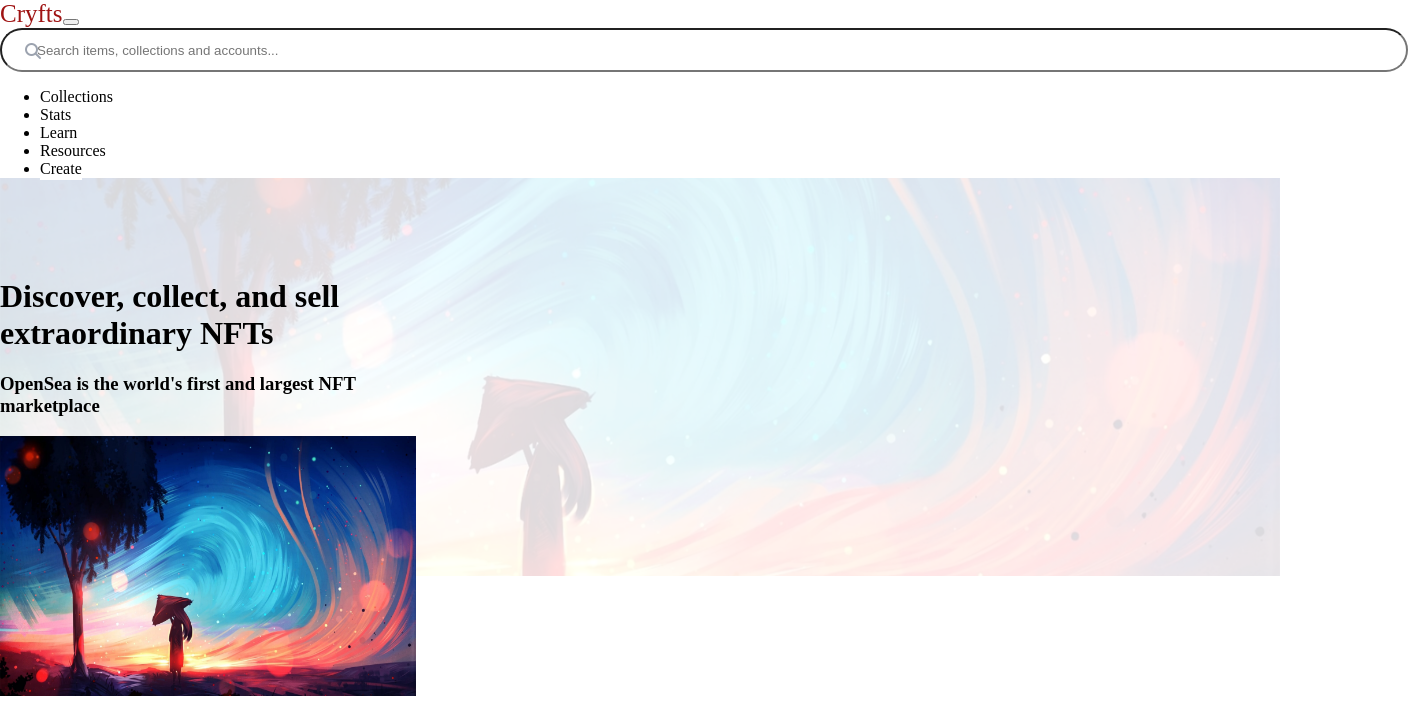
Repository: Huzaifa-2609/opensea_project
Page: /
These files come from the project's save history. The page is drawn as it stood at one moment and after the next save; the edit follows.
The browser window is 1280 px wide. The page is 1408 px wide, so the pictures cover 1408 px, including what lies to the right of the window. The pictures show the whole page.
Some web libraries are served in a nearby version. The project was rebuilt for these pictures with package versions that can differ from the ones it lists, and the page was loaded fresh each time. The framework's server and built-in components were replaced by stand-ins that run in the browser. Also part of the build but not shown: next.config.js, styles/Home.module.css.

Above is the page before, as saved 2022-07-09 18:08:27.

### pages/_app.js
import Navbar from '../components/Navbar'
import '../styles/globals.css'
import Head from "next/head"
import Script from 'next/script'
import "../styles/hero.css"
function MyApp({ Component, pageProps }) {
  return(
    <>
    <Script src="https://kit.fontawesome.com/30bda3e318.js" crossorigin="anonymous"></Script>
    <Script src="https://cdn.jsdelivr.net/npm/bootstrap@5.2.0-beta1/dist/js/bootstrap.bundle.min.js" integrity="sha384-pprn3073KE6tl6bjs2QrFaJGz5/SUsLqktiwsUTF55Jfv3qYSDhgCecCxMW52nD2" crossOrigin="anonymous"></Script>
    <Navbar title={"Cryfts"}/>
  <Component {...pageProps} />
  </>
  )
}

export default MyApp

### pages/_document.js
import { Html, Head, Main, NextScript } from 'next/document'

export default function Document() {
  return (
    <Html>
      <Head>
      <link href="https://cdn.jsdelivr.net/npm/bootstrap@5.2.0-beta1/dist/css/bootstrap.min.css" rel="stylesheet" integrity="sha384-0evHe/X+R7YkIZDRvuzKMRqM+OrBnVFBL6DOitfPri4tjfHxaWutUpFmBp4vmVor" crossOrigin="anonymous"/>
      </Head>
      <body>
        <Main />
        <NextScript />
      </body>
    </Html>
  )
}

### pages/index.js
import Head from 'next/head'
import Image from 'next/image'
import Hero from '../components/Hero'
import styles from '../styles/Home.module.css'

export default function Home() {
  return (
    <>
    <div>
      <Head>
        <title>Create Next App</title>
        <meta name="description" content="Generated by create next app" />
        <link rel="icon" href="/favicon.ico" />
      </Head>
         </div>
      <Hero/>
      </>
  )
}

### components/Navbar.js
import React from 'react'
import Link from 'next/link'
import { useRouter } from 'next/router'
const Navbar = (props) => {
  const location=useRouter();
  return (
    <div>
      <nav className="navbar shadow-sm fixed-top navbar-expand-lg navbar-light">
  <div className="container-fluid">
    <a className="navbar-brand text-color fw-bolder ml-2" href="/">{props.title}</a>
    <button className="navbar-toggler" type="button" data-bs-toggle="collapse" data-bs-target="#navbarSupportedContent" aria-controls="navbarSupportedContent" aria-expanded="false" aria-label="Toggle navigation">
      <span className="navbar-toggler-icon"></span>
    </button>

    <div className="collapse navbar-collapse" style={{width:"50%"}} id="navbarSupportedContent">

            <div className="row height d-flex justify-content-center align-items-center">

                <div className="form">
                  <i className="fa fa-search"></i>
                  <input type="text" className="form-control form-input" placeholder="Search items, collections and accounts..."/>
                </div>

            </div>


      <ul className="navbar-nav gap-4 m-auto mb-2 mb-lg-0 fw-bold" style={location.pathname==="/signup"?{visibility:"hidden"}:{}}>
      <li className="nav-item">
          <Link href="/collections/0x7132e1d414161A232c2027aE6C66D7914649bA66"><a className="nav-link " aria-current="page" >Collections</a></Link>
        </li>
        <li className="nav-item">
          <Link href="/"><a className="nav-link" aria-current="page" >Stats</a></Link>
        </li>
        <li className="nav-item">
          <Link href="/"><a className="nav-link " >Learn</a></Link>
        </li>

        <li className="nav-item dropdown">
          <Link href="/"><a className="nav-link dropdown-toggle pe-none"  id="navbarDropdown" role="button" data-bs-toggle="dropdown" aria-expanded="false">
            Resources
          </a></Link>
          <ul className="dropdown-menu" aria-labelledby="navbarDropdown">
            <li><Link href="/"><a className="dropdown-item" >Action</a></Link></li>
            <li><Link href="/"><a className="dropdown-item" >Another action</a></Link></li>
            <li><hr className="dropdown-divider"/></li>
            <li><Link href="/"><a className="dropdown-item" >Something else here</a></Link></li>
          </ul>
        </li>
        <li className="nav-item">
          <Link  href="/"><a className="nav-link">Create</a></Link>
        </li>
      </ul >
      {/* <form className="d-flex" role="search">
        <ul className="navbar-nav gap-3 media" style={location.pathname==="/signup"?{display:"none"}:{}}>
      <li className="nav-item float-right">
          <Link href="/login"><a className="nav-link"  >Sign in</a></Link>
    </li>
      <li className="nav-item mx-2">
    <Link href='/signup'><a className="btn btn1 btn-primary bd-color bg-color"  style={location.pathname==="/signup"?{display:"none"}:{}} type="submit">Get Started</a></Link>
    </li>
        </ul>
      </form> */}
    </div>
  </div>
</nav>
    </div>
  )
}

export default Navbar

### styles/globals.css
:root {
  --light: #9f1313;
  --dark: #8d1212;
}
html,
body {
  padding: 0;
  margin: 0;
  /* font-family: -apple-system, BlinkMacSystemFont, Segoe UI, Roboto, Oxygen,
    Ubuntu, Cantarell, Fira Sans, Droid Sans, Helvetica Neue, sans-serif; */
}

a {
  color: inherit;
  text-decoration: none;
}

* {
  box-sizing: border-box;
}
@media all and (min-width: 992px) {
  .navbar .nav-item .dropdown-menu{ display: none; }
  .navbar .nav-item .nav-link{ border-bottom:3px solid white;  }
  .navbar .nav-item:hover .nav-link{ border-bottom:3px solid var(--light);  }
  .navbar .nav-item:hover .dropdown-menu{ display: block; }
  .navbar .nav-item .dropdown-menu{ margin-top:0; }


}
@media all and (max-width: 992px){
  .pic{display: none;}
  .signup-cls{   margin-top: 15% !important;}
  .signin-cls .card{border:none; box-shadow: none !important;}
  .media{display: none;}
  .empass{flex-direction: column ;}
}

nav {
  /* border-bottom:1px solid #ede4e4; */
  background-color: white;
}
.comp1{
  width: 22rem;
  border: none;

}
.comp{
  margin: 90px 0px;
}
.text-color{
  color: var(--dark);
}
.bg-color{
  background-color: var(--dark);
}
.btn1:hover{
  background-color: var(--light);
  border-color: var(--dark);

}
.bd-color{
  border-color: var(--dark);
}
.navbar-light .navbar-brand{
  color: var(--dark);
}
.navbar-light .navbar-brand:hover{
  color: var(--light);
}
.navbar-brand{
  font-size: 25px;
}
.link-hover :hover{
  color: var(--dark);
}
.form-check-label-color{
  color: var(--dark);
}
.form-outline{
  width: 75%!important;
}
.form-control:focus {
  border-color: #ced4da;
  box-shadow: none!important;
}

/* Navbar search css */
.form{
  position: relative;

}

.form .fa-search{

  position: absolute;
  top:15px;
  left: 25px;
  color: #9ca3af;

}

.form span{

  position: absolute;
  right: 17px;
  top: 13px;
  padding: 2px;
  border-left: 1px solid #d1d5db;

}

.left-pan{
  padding-left: 7px;
}

.left-pan i{

 padding-left: 10px;
}

.form-input{
  width: 220%;
  height: 44px;
  text-indent: 33px;
  border-radius: 40px;
}

.form-input:focus{

  box-shadow: none;
  border:none;
}

### styles/hero.css
/* .body{
} */
/* .bg{
    background: url("../public/nftbg.jpg") no-repeat center center/cover;
} */
.bg::before{
    content: "";
    background:url("../public/nftbg.jpg") no-repeat center center/cover;
    position: absolute;
    height:80%;
    width:100%;
    z-index: -1;
    opacity: 0.15;
    top: 0px;
    left: 0px;
}

### components/Hero.js
import React from "react";
import Image from "next/image";
import img from "../public/nftbg.jpg";

const Hero = () => {
  const style = {
    background: img,
    marginTop: "100px",
  };
  return (
    <>
      <div className="container d-flex justify-content-between bg  " style={style}>
        <div className="card mb-3 border-0 bg-transparent" style={{ width: "26rem"}}>
          <div className="card-body">
            <h1 className="card-title">Discover, collect, and sell extraordinary NFTs</h1>
            <h3 className="card-subtitle text-muted mt-3">
            OpenSea is the world's first and largest NFT marketplace
            </h3>
          </div>
        </div>
        <div className="card mb-3 border-0 " style={{ width: "26rem"}}>
          <Image src={img} className="card-img-top" alt="..."/>
          {/* <div className="card-body">
            <h1 className="card-title">Discover, collect, and sell extraordinary NFTs</h1>
            <h3 className="card-subtitle text-muted mt-3">
            OpenSea is the world's first and largest NFT marketplace
            </h3>
          </div> */}
        </div>
      </div>
    </>
  );
};

export default Hero;

After the next save:
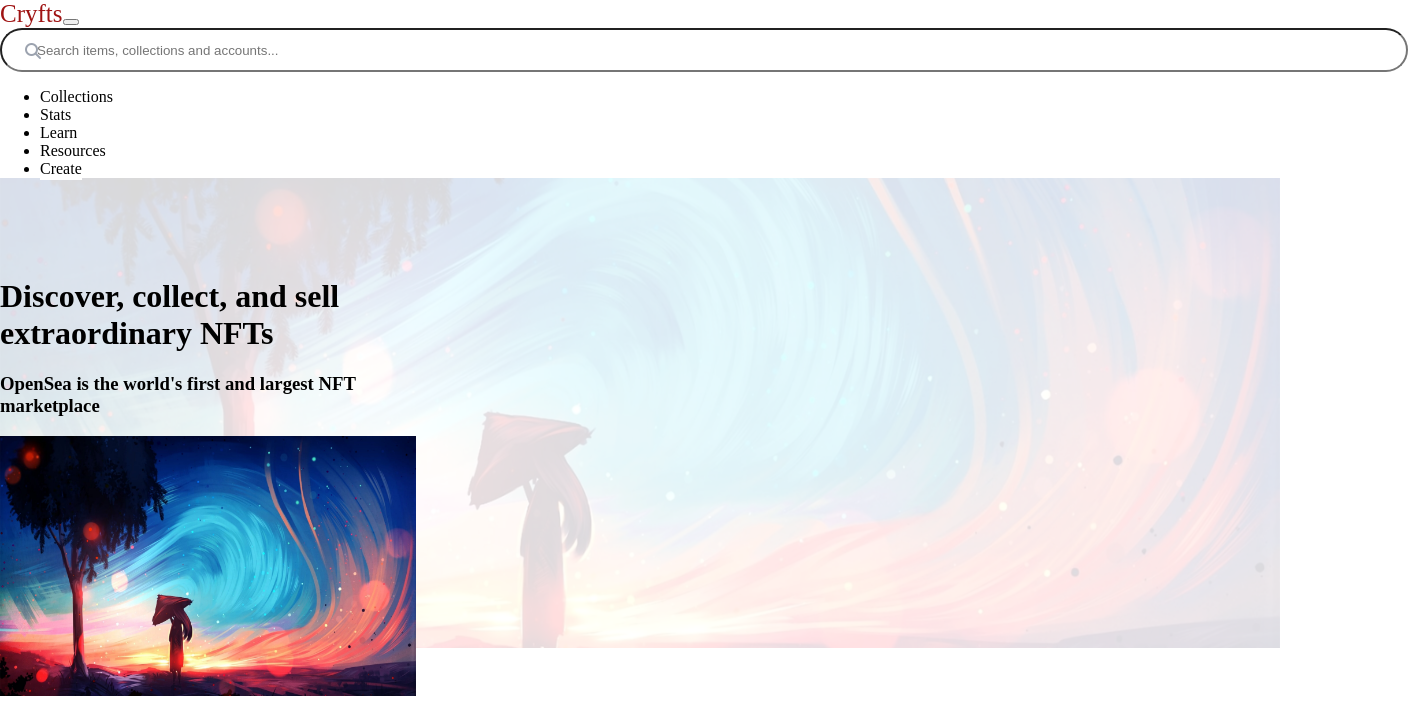
Saved 54 s later.
--- a/styles/hero.css
+++ b/styles/hero.css
@@ -7,7 +7,7 @@
     content: "";
     background:url("../public/nftbg.jpg") no-repeat center center/cover;
     position: absolute;
-    height:80%;
+    height:90%;
     width:100%;
     z-index: -1;
     opacity: 0.15;
